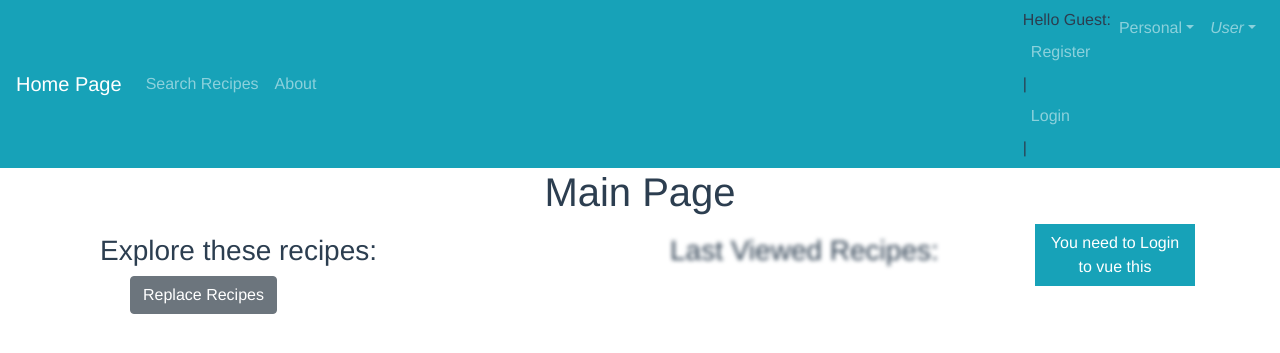
Repository: chenshor/cooking-site
Page: /
These files come from the project's save history. The page is drawn as it stood at one moment and after the next save; the edit follows.
The browser window is 1280 px wide. The pictures show the whole page.
The page's requests for data from a server got no answer. The project was rebuilt for these pictures with package versions that can differ from the ones it lists, and the page was loaded fresh each time. No one was signed in, and anything a server would have sent is missing. Also part of the build but not shown: vue.config.js, src/components/Indication.vue, src/components/RecipePreview.vue, src/pages/NotFoundPage.vue, src/components/IngredientSpoon.vue, src/components/Favorite.vue, src/pages/RecipePage.vue, src/assets/countries.js and 8 more.

Above is the page before, as saved 2020-06-22 21:16:37.

After the next save:
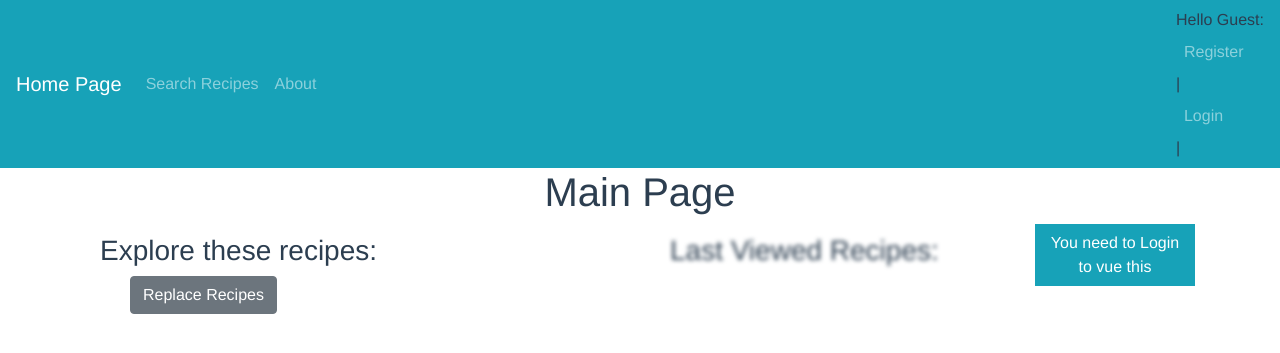
Saved 50 s later.
--- a/src/App.vue
+++ b/src/App.vue
@@ -20,23 +20,23 @@
           </span>
           <span v-else>
             {{ $root.store.username }}:
-            <b-button @click="Logout">Logout</b-button>|
+            <b-button @click="Logout">Logout</b-button>
+|
+            <b-nav-item-dropdown text="Personal">
+              <b-dropdown-item to="/FamilyList">Family Recipes</b-dropdown-item>
+              <b-dropdown-item to="/myRecipes">My Recipes</b-dropdown-item>
+              <b-dropdown-item to="/favorite">My Favorite</b-dropdown-item>
+            </b-nav-item-dropdown>
+
+            <b-nav-item-dropdown right>
+              <!-- Using 'button-content' slot -->
+              <template v-slot:button-content>
+                <em>User</em>
+              </template>
+              <b-dropdown-item href="#">Profile</b-dropdown-item>
+              <b-dropdown-item href="#">Sign Out</b-dropdown-item>
+            </b-nav-item-dropdown>
           </span>
-
-          <b-nav-item-dropdown text="Personal">
-            <b-dropdown-item to="/FamilyList">Family Recipes</b-dropdown-item>
-            <b-dropdown-item to="/myRecipes">My Recipes</b-dropdown-item>
-            <b-dropdown-item to="/favorite">My Favorite</b-dropdown-item>
-          </b-nav-item-dropdown>
-
-          <b-nav-item-dropdown right>
-            <!-- Using 'button-content' slot -->
-            <template v-slot:button-content>
-              <em>User</em>
-            </template>
-            <b-dropdown-item href="#">Profile</b-dropdown-item>
-            <b-dropdown-item href="#">Sign Out</b-dropdown-item>
-          </b-nav-item-dropdown>
         </b-navbar-nav>
       </b-collapse>
     </b-navbar>
